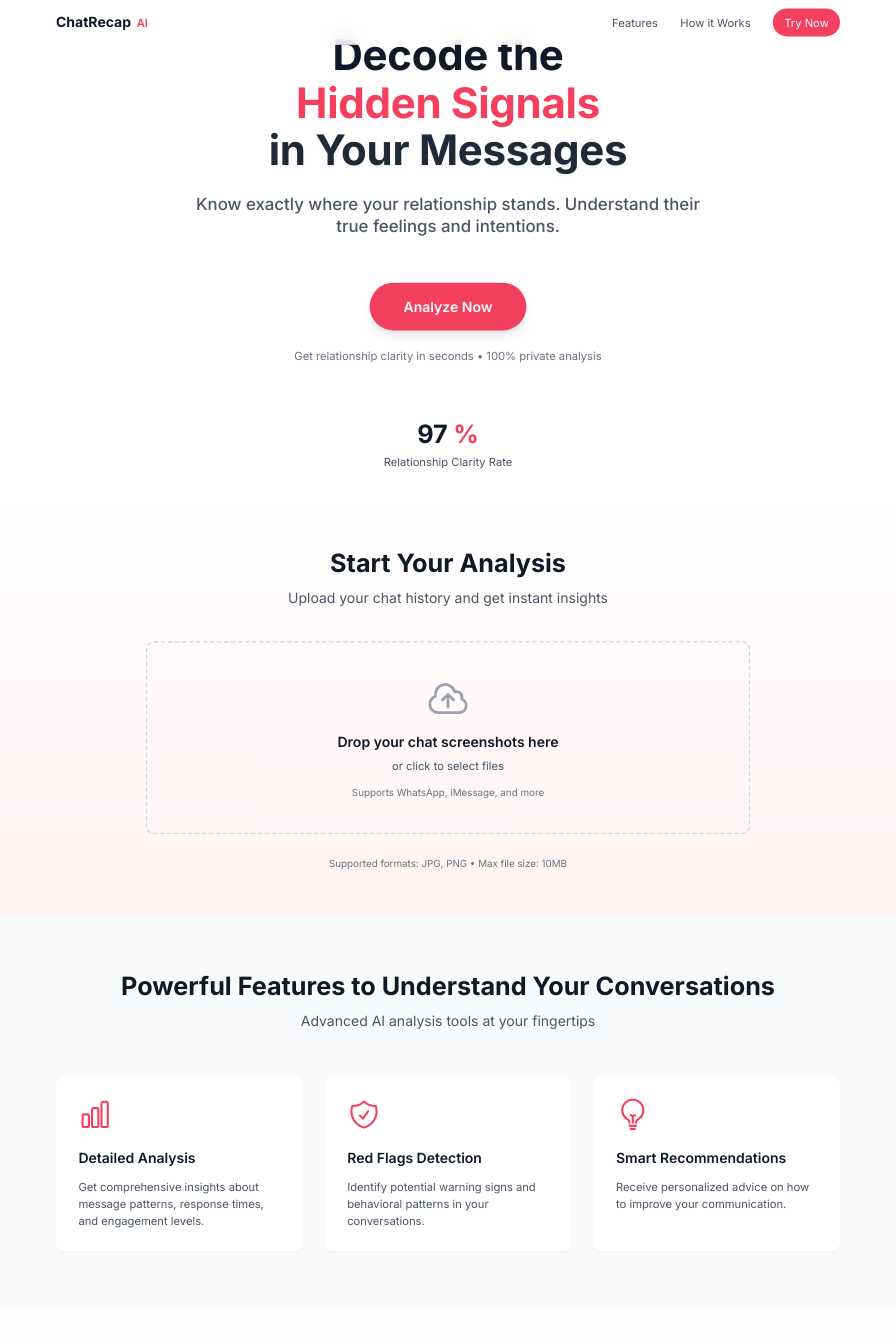
Repository: eurekabot123/chatrecap-ai
Page: /
The author's editor kept a copy of each file at every save. The page is drawn from the files as they stood at one save, then again after the next save.
The browser window is 1280 px wide. The pictures show the part of the page from y = 0 to 1920 px (the page is 3617 px tall), at 70% of full size.
The project was rebuilt for these pictures with package versions that can differ from the ones it lists, and the page was loaded fresh each time. The framework's server and built-in components were replaced by stand-ins that run in the browser. Also part of the build but not shown: next.config.ts.

Above is the page before, as saved 2025-01-13 02:31:04.

### src/app/layout.tsx
import './globals.css'
import type { Metadata } from 'next'
import { Inter } from 'next/font/google'
import Navbar from '@/components/layout/Navbar'
import Footer from '@/components/layout/Footer'

const inter = Inter({ subsets: ['latin'] })

export const metadata: Metadata = {
  title: 'ChatRecap AI - Discover the True Meaning Behind Every Message',
  description: 'Upload your chat history and get AI-powered insights in seconds',
}

export default function RootLayout({
  children,
}: {
  children: React.ReactNode
}) {
  return (
    <html lang="zh">
      <body className={inter.className}>
        <Navbar />
        {children}
        <Footer />
      </body>
    </html>
  )
}

### src/app/page.tsx
import Hero from '@/components/home/Hero'
import Features from '@/components/home/Features'
import Demo from '@/components/home/Demo'
import Upload from '@/components/home/Upload'
import Testimonials from '@/components/home/Testimonials'

export default async function Home() {
  return (
    <main className="min-h-screen bg-gradient-to-b from-white via-white to-gray-50">
      <div className="max-w-7xl mx-auto">
        <Hero />
        <Upload />
        <Features />
        <Demo />
        <Testimonials />
      </div>
    </main>
  )
}

### src/app/globals.css
@tailwind base;
@tailwind components;
@tailwind utilities;

:root {
  --background: #ffffff;
  --foreground: #171717;
}

@media (prefers-color-scheme: dark) {
  :root {
    --background: #0a0a0a;
    --foreground: #ededed;
  }
}

body {
  color: var(--foreground);
  background: var(--background);
  font-family: Arial, Helvetica, sans-serif;
}

h1 {
  text-shadow: 0 2px 4px rgba(0,0,0,0.05);
}

.gradient-text {
  background-clip: text;
  -webkit-background-clip: text;
}

### src/components/layout/Navbar.tsx
'use client'

import { motion } from 'framer-motion'
import Link from 'next/link'

export default function Navbar() {
  return (
    <motion.nav
      className="fixed w-full z-50 bg-white/80 backdrop-blur-md"
      initial={{ y: -100 }}
      animate={{ y: 0 }}
      transition={{ duration: 0.5 }}
    >
      <div className="max-w-6xl mx-auto px-4">
        <div className="flex items-center justify-between h-16">
          {/* Logo */}
          <Link href="/" className="flex items-center space-x-2">
            <span className="text-xl font-bold text-gray-900">ChatRecap</span>
            <span className="text-primary-500 font-semibold">AI</span>
          </Link>

          {/* Navigation Links */}
          <div className="hidden md:flex items-center space-x-8">
            <Link href="#features" className="text-gray-600 hover:text-gray-900">Features</Link>
            <Link href="#how-it-works" className="text-gray-600 hover:text-gray-900">How it Works</Link>
            <button className="bg-primary-500 text-white px-4 py-2 rounded-full hover:bg-primary-600 transition-colors">
              Try Now
            </button>
          </div>
        </div>
      </div>
    </motion.nav>
  )
}

### src/components/layout/Footer.tsx
export default function Footer() {
  return (
    <footer className="bg-gray-50 py-12">
      <div className="max-w-6xl mx-auto px-4">
        <div className="grid grid-cols-1 md:grid-cols-4 gap-8">
          {/* Brand Section */}
          <div className="col-span-1 md:col-span-2">
            <div className="flex items-center space-x-2 mb-4">
              <span className="text-xl font-bold text-gray-900">ChatRecap</span>
              <span className="text-primary-500 font-semibold">AI</span>
            </div>
            <p className="text-gray-600 max-w-sm">
              Advanced AI-powered chat analysis to help you understand your conversations better.
            </p>
          </div>

          {/* Links Section */}
          <div>
            <h3 className="font-semibold text-gray-900 mb-4">Product</h3>
            <ul className="space-y-2">
              <li><a href="#features" className="text-gray-600 hover:text-gray-900">Features</a></li>
              <li><a href="#how-it-works" className="text-gray-600 hover:text-gray-900">How it Works</a></li>
              <li><a href="#pricing" className="text-gray-600 hover:text-gray-900">Pricing</a></li>
            </ul>
          </div>

          {/* Legal Section */}
          <div>
            <h3 className="font-semibold text-gray-900 mb-4">Legal</h3>
            <ul className="space-y-2">
              <li><a href="/privacy" className="text-gray-600 hover:text-gray-900">Privacy Policy</a></li>
              <li><a href="/terms" className="text-gray-600 hover:text-gray-900">Terms of Service</a></li>
            </ul>
          </div>
        </div>

        {/* Bottom Section */}
        <div className="border-t border-gray-200 mt-12 pt-8">
          <p className="text-center text-gray-600">
            © {new Date().getFullYear()} ChatRecap AI. All rights reserved.
          </p>
        </div>
      </div>
    </footer>
  )
}

### src/components/home/Hero.tsx
import { HeroActions, TrustSignals } from './HeroClient'

export default function Hero() {
  return (
    <div className="relative min-h-screen flex flex-col items-center justify-center px-4">
      <div className="text-center max-w-[1200px]">
        <h1 className="font-bold tracking-tight">
          <div className="text-5xl md:text-6xl text-gray-900 mb-2">Decode the</div>
          <div className="text-5xl md:text-6xl text-primary-500 mb-2">Hidden Signals</div>
          <div className="text-5xl md:text-6xl text-gray-800">in Your Messages</div>
        </h1>

        <p className="text-xl md:text-2xl text-gray-600 mt-8 mb-16 font-medium max-w-3xl mx-auto leading-relaxed">
          Know exactly where your relationship stands. Understand their true feelings and intentions.
        </p>

        <HeroActions />

        <TrustSignals />
      </div>
    </div>
  )
}

### src/components/home/Features.tsx
'use client'

import { motion } from 'framer-motion'
import { ChartBarIcon, ShieldCheckIcon, LightBulbIcon } from '@heroicons/react/24/outline'

type Feature = {
  icon: React.ElementType;
  title: string;
  description: string;
}

const features = [
  {
    icon: ChartBarIcon,
    title: "Detailed Analysis",
    description: "Get comprehensive insights about message patterns, response times, and engagement levels."
  },
  {
    icon: ShieldCheckIcon,
    title: "Red Flags Detection",
    description: "Identify potential warning signs and behavioral patterns in your conversations."
  },
  {
    icon: LightBulbIcon,
    title: "Smart Recommendations",
    description: "Receive personalized advice on how to improve your communication."
  }
]

function FeatureCards({ features }: { features: Feature[] }) {
  return (
    <div className="grid md:grid-cols-3 gap-8">
      {features.map((feature, index) => (
        <motion.div
          key={feature.title}
          className="bg-white rounded-xl p-8 shadow-sm hover:shadow-md transition-shadow"
          initial={{ opacity: 0, y: 20 }}
          whileInView={{ opacity: 1, y: 0 }}
          viewport={{ once: true }}
          transition={{ duration: 0.5, delay: index * 0.1 }}
        >
          <feature.icon className="w-12 h-12 text-primary-500 mb-6" />
          <h3 className="text-xl font-semibold text-gray-900 mb-4">
            {feature.title}
          </h3>
          <p className="text-gray-600">
            {feature.description}
          </p>
        </motion.div>
      ))}
    </div>
  )
}

export default function Features() {
  return (
    <section className="py-20 bg-gray-50">
      <div className="max-w-6xl mx-auto px-4">
        <div className="text-center mb-16">
          <h2 className="text-3xl md:text-4xl font-bold text-gray-900 mb-4">
            Powerful Features to Understand Your Conversations
          </h2>
          <p className="text-xl text-gray-600">
            Advanced AI analysis tools at your fingertips
          </p>
        </div>

        <FeatureCards features={features} />
      </div>
    </section>
  )
}

### src/components/home/Demo.tsx
'use client'

import { motion } from 'framer-motion'
import Image from 'next/image'

export default function Demo() {
  return (
    <section className="py-20 bg-gradient-to-b from-white to-gray-50">
      <div className="max-w-6xl mx-auto px-4">
        <motion.div
          className="text-center mb-16"
          initial={{ opacity: 0, y: 20 }}
          whileInView={{ opacity: 1, y: 0 }}
          viewport={{ once: true }}
        >
          <h2 className="text-3xl md:text-4xl font-bold text-gray-900 mb-4">
            See How It Works
          </h2>
          <p className="text-xl text-gray-600">
            Transform your chat history into actionable insights
          </p>
        </motion.div>

        <div className="grid md:grid-cols-2 gap-12 items-center">
          <motion.div
            initial={{ opacity: 0, x: -20 }}
            whileInView={{ opacity: 1, x: 0 }}
            viewport={{ once: true }}
          >
            <div className="space-y-6">
              <div className="flex items-start space-x-4">
                <span className="flex-shrink-0 w-8 h-8 rounded-full bg-primary-100 text-primary-600 flex items-center justify-center">1</span>
                <div>
                  <h3 className="text-xl font-semibold mb-2">Upload Your Chat</h3>
                  <p className="text-gray-600">Simply upload your chat screenshots or export files. We support all major messaging platforms.</p>
                </div>
              </div>
              <div className="flex items-start space-x-4">
                <span className="flex-shrink-0 w-8 h-8 rounded-full bg-primary-100 text-primary-600 flex items-center justify-center">2</span>
                <div>
                  <h3 className="text-xl font-semibold mb-2">AI Analysis</h3>
                  <p className="text-gray-600">Our advanced AI analyzes communication patterns, sentiment, and engagement levels.</p>
                </div>
              </div>
              <div className="flex items-start space-x-4">
                <span className="flex-shrink-0 w-8 h-8 rounded-full bg-primary-100 text-primary-600 flex items-center justify-center">3</span>
                <div>
                  <h3 className="text-xl font-semibold mb-2">Get Insights</h3>
                  <p className="text-gray-600">Receive detailed analysis and actionable recommendations to improve your relationships.</p>
                </div>
              </div>
            </div>
          </motion.div>

          <motion.div
            className="relative h-[600px] rounded-xl overflow-hidden shadow-2xl"
            initial={{ opacity: 0, x: 20 }}
            whileInView={{ opacity: 1, x: 0 }}
            viewport={{ once: true }}
          >
            <Image
              src="/demo-analysis.png"
              alt="Chat Analysis Demo"
              fill
              className="object-cover"
            />
          </motion.div>
        </div>
      </div>
    </section>
  )
}

### src/components/home/Upload.tsx
import { UploadArea } from './UploadClient'

export default function Upload() {
  return (
    <section className="py-16 bg-gradient-to-b from-white to-primary-50">
      <div className="max-w-4xl mx-auto px-4">
        <div className="text-center mb-12">
          <h2 className="text-3xl md:text-4xl font-bold text-gray-900 mb-4">
            Start Your Analysis
          </h2>
          <p className="text-xl text-gray-600">
            Upload your chat history and get instant insights
          </p>
        </div>

        <UploadArea />

        <div className="mt-8 text-center">
          <p className="text-sm text-gray-500">
            Supported formats: JPG, PNG • Max file size: 10MB
          </p>
        </div>
      </div>
    </section>
  )
}

### src/components/home/Testimonials.tsx
'use client'

import { motion } from 'framer-motion'

const testimonials = [
  {
    quote: "This tool helped me understand why my conversations weren't going as planned. Game changer!",
    author: "Sarah M.",
    title: "Early Access User"
  },
  {
    quote: "The insights are incredibly accurate. It's like having a relationship expert in your pocket.",
    author: "James K.",
    title: "Beta Tester"
  },
  {
    quote: "I wish I had this tool months ago. It would have saved me from so many misunderstandings.",
    author: "Alex R.",
    title: "Early Access User"
  }
]

export default function Testimonials() {
  return (
    <section className="py-20 bg-white">
      <div className="max-w-6xl mx-auto px-4">
        <motion.div
          className="text-center mb-16"
          initial={{ opacity: 0, y: 20 }}
          whileInView={{ opacity: 1, y: 0 }}
          viewport={{ once: true }}
        >
          <h2 className="text-3xl md:text-4xl font-bold text-gray-900 mb-4">
            What Early Users Say
          </h2>
          <p className="text-xl text-gray-600">
            Join thousands of users who are improving their relationships
          </p>
        </motion.div>

        <div className="grid md:grid-cols-3 gap-8">
          {testimonials.map((testimonial, index) => (
            <motion.div
              key={index}
              className="bg-gray-50 p-8 rounded-xl"
              initial={{ opacity: 0, y: 20 }}
              whileInView={{ opacity: 1, y: 0 }}
              viewport={{ once: true }}
              transition={{ delay: index * 0.1 }}
            >
              <p className="text-gray-600 mb-6 italic">"{testimonial.quote}"</p>
              <div>
                <p className="font-semibold text-gray-900">{testimonial.author}</p>
                <p className="text-gray-500 text-sm">{testimonial.title}</p>
              </div>
            </motion.div>
          ))}
        </div>
      </div>
    </section>
  )
}

### src/components/home/HeroClient.tsx
'use client'

import { motion } from 'framer-motion'

export function HeroActions() {
  return (
    <motion.div
      initial={{ opacity: 0, y: 20 }}
      animate={{ opacity: 1, y: 0 }}
      transition={{ duration: 0.5, delay: 0.4 }}
      className="relative z-10"
    >
      <button className="bg-primary-500 text-white px-12 py-5 rounded-full text-xl font-semibold hover:bg-primary-600 transition-colors shadow-lg hover:shadow-xl">
        Analyze Now
      </button>
      <p className="mt-6 text-base text-gray-500">
        Get relationship clarity in seconds • 100% private analysis
      </p>
    </motion.div>
  )
}

export function TrustSignals() {
  return (
    <motion.div
      className="text-center space-y-2 mt-20"
      initial={{ opacity: 0 }}
      animate={{ opacity: 1 }}
      transition={{ duration: 0.5, delay: 0.6 }}
    >
      <div className="flex items-center justify-center space-x-2">
        <span className="text-4xl font-bold text-gray-900">97</span>
        <span className="text-4xl font-bold text-primary-500">%</span>
      </div>
      <p className="text-base text-gray-600">
        Relationship Clarity Rate
      </p>
    </motion.div>
  )
}

### src/components/home/UploadClient.tsx
'use client'

import { useState } from 'react'
import { motion } from 'framer-motion'
import { CloudArrowUpIcon, EnvelopeIcon } from '@heroicons/react/24/outline'

export function UploadArea() {
  const [isDragging, setIsDragging] = useState(false)
  const [showEarlyAccess, setShowEarlyAccess] = useState(false)
  const [email, setEmail] = useState('')
  const [isSubmitted, setIsSubmitted] = useState(false)

  const handleDragOver = (e: React.DragEvent) => {
    e.preventDefault()
    setIsDragging(true)
  }

  const handleDragLeave = (e: React.DragEvent) => {
    e.preventDefault()
    setIsDragging(false)
  }

  const handleDrop = (e: React.DragEvent) => {
    e.preventDefault()
    setIsDragging(false)
    setShowEarlyAccess(true)
  }

  const handleSubmitEmail = (e: React.FormEvent) => {
    e.preventDefault()
    // 这里可以添加实际的邮件收集逻辑
    setIsSubmitted(true)
  }

  return (
    <div className="relative">
      <div
        className={`
          border-2 border-dashed rounded-xl p-12
          flex flex-col items-center justify-center
          transition-colors cursor-pointer
          ${isDragging ? 'border-primary-500 bg-primary-50' : 'border-gray-300 hover:border-primary-400'}
        `}
        onDragOver={handleDragOver}
        onDragLeave={handleDragLeave}
        onDrop={handleDrop}
        onClick={() => !showEarlyAccess && document.getElementById('file-input')?.click()}
      >
        <input
          type="file"
          id="file-input"
          className="hidden"
          accept="image/*"
          multiple
          onChange={() => setShowEarlyAccess(true)}
        />

        {!showEarlyAccess ? (
          <>
            <CloudArrowUpIcon className={`w-16 h-16 mb-4 ${isDragging ? 'text-primary-500' : 'text-gray-400'}`} />
            <h3 className="text-xl font-semibold text-gray-900 mb-2">
              Drop your chat screenshots here
            </h3>
            <p className="text-gray-600 mb-4">
              or click to select files
            </p>
            <p className="text-sm text-gray-500">
              Supports WhatsApp, iMessage, and more
            </p>
          </>
        ) : (
          <motion.div
            initial={{ opacity: 0, scale: 0.95 }}
            animate={{ opacity: 1, scale: 1 }}
            className="text-center"
          >
            {!isSubmitted ? (
              <>
                <h3 className="text-2xl font-bold text-gray-900 mb-4">
                  🚀 Coming Soon!
                </h3>
                <p className="text-gray-600 mb-6">
                  Be among the first to experience our AI-powered chat analysis.
                  Join our waiting list for early access!
                </p>
                <form onSubmit={handleSubmitEmail} className="space-y-4">
                  <div className="flex max-w-md mx-auto">
                    <input
                      type="email"
                      value={email}
                      onChange={(e) => setEmail(e.target.value)}
                      placeholder="Enter your email"
                      className="flex-1 px-4 py-2 border border-gray-300 rounded-l-lg focus:outline-none focus:ring-2 focus:ring-primary-500"
                      required
                    />
                    <button
                      type="submit"
                      className="px-6 py-2 bg-primary-500 text-white rounded-r-lg hover:bg-primary-600 transition-colors"
                    >
                      Join
                    </button>
                  </div>
                </form>
              </>
            ) : (
              <>
                <h3 className="text-2xl font-bold text-gray-900 mb-4">
                  🎉 You're on the list!
                </h3>
                <p className="text-gray-600">
                  We'll notify you as soon as we launch. Thank you for your interest!
                </p>
              </>
            )}
          </motion.div>
        )}
      </div>
    </div>
  )
}

### tailwind.config.js
/** @type {import('tailwindcss').Config} */
module.exports = {
  content: [
    './src/pages/**/*.{js,ts,jsx,tsx,mdx}',
    './src/components/**/*.{js,ts,jsx,tsx,mdx}',
    './src/app/**/*.{js,ts,jsx,tsx,mdx}',
  ],
  theme: {
    extend: {
      colors: {
        primary: {
          50: '#fff1f2',
          100: '#ffe4e6',
          200: '#fecdd3',
          300: '#fda4af',
          400: '#fb7185',
          500: '#f43f5e',
          600: '#e11d48',
          700: '#be123c',
          800: '#9f1239',
          900: '#881337',
        },
      },
    },
  },
  plugins: [],
}

After the next save:
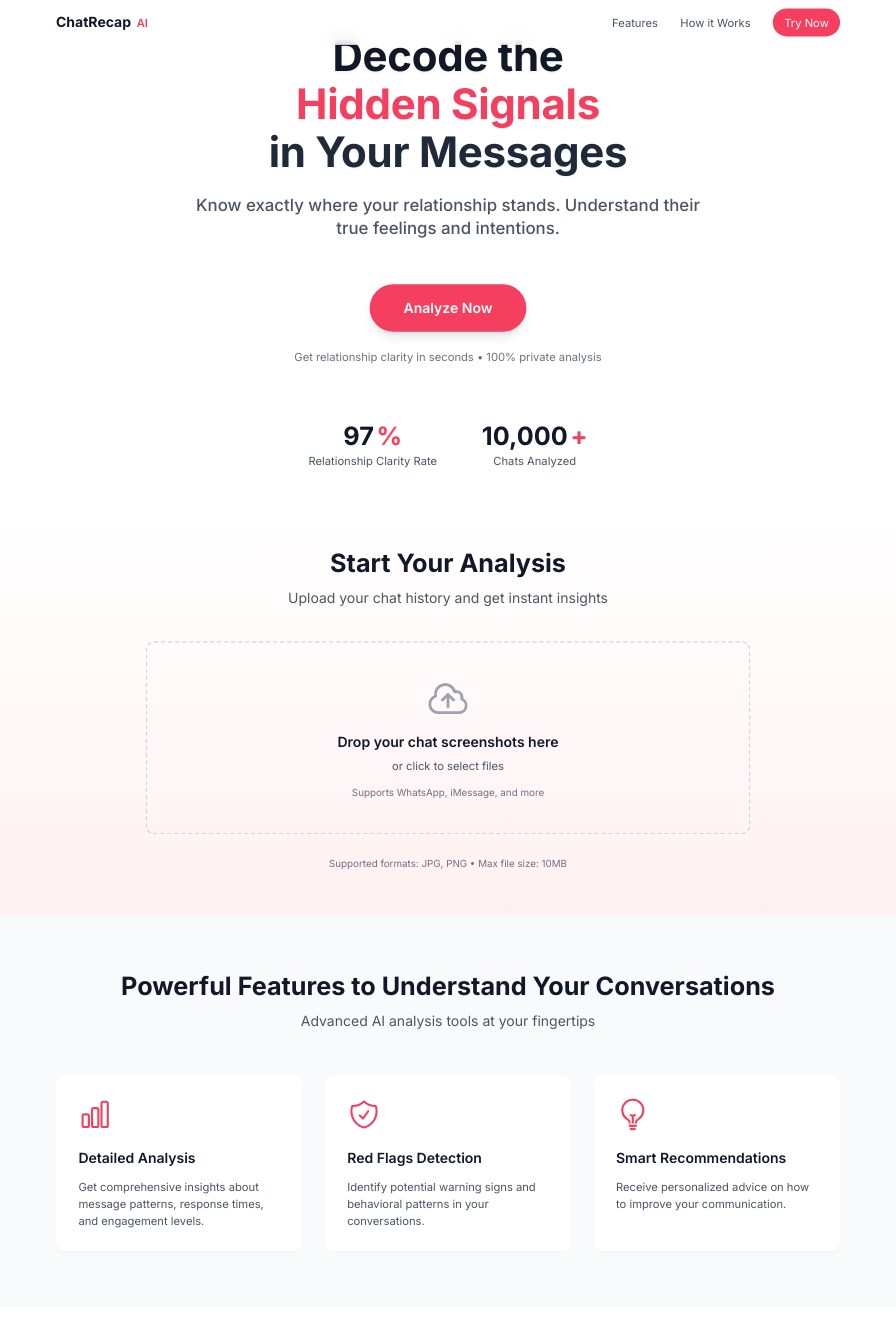
Saved 3 min 37 s later.
--- a/src/components/home/HeroClient.tsx
+++ b/src/components/home/HeroClient.tsx
@@ -23,18 +23,32 @@ export function HeroActions() {
 export function TrustSignals() {
   return (
     <motion.div
-      className="text-center space-y-2 mt-20"
+      className="mt-20"
       initial={{ opacity: 0 }}
       animate={{ opacity: 1 }}
       transition={{ duration: 0.5, delay: 0.6 }}
     >
-      <div className="flex items-center justify-center space-x-2">
-        <span className="text-4xl font-bold text-gray-900">97</span>
-        <span className="text-4xl font-bold text-primary-500">%</span>
+      <div className="flex justify-center items-center space-x-16">
+        <div className="text-center">
+          <div className="flex items-center justify-center space-x-1">
+            <span className="text-4xl font-bold text-gray-900">97</span>
+            <span className="text-4xl font-bold text-primary-500">%</span>
+          </div>
+          <p className="text-base text-gray-600 mt-1">
+            Relationship Clarity Rate
+          </p>
+        </div>
+
+        <div className="text-center">
+          <div className="flex items-center justify-center space-x-1">
+            <span className="text-4xl font-bold text-gray-900">10,000</span>
+            <span className="text-4xl font-bold text-primary-500">+</span>
+          </div>
+          <p className="text-base text-gray-600 mt-1">
+            Chats Analyzed
+          </p>
+        </div>
       </div>
-      <p className="text-base text-gray-600">
-        Relationship Clarity Rate
-      </p>
     </motion.div>
   )
 }
